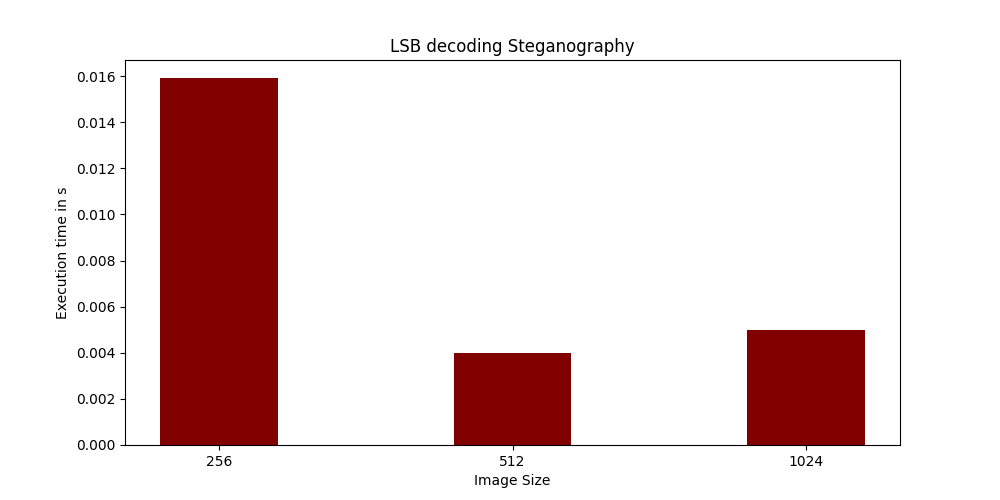
Repository: vishalsinghhh/DNA-cryptography-Project
Script's output: python DNA/Graphs.py
The author's editor kept a copy of each file at every save. The script's output is drawn from the files as they stood at one save, then again after the next save.
Random numbers start from a fixed seed.

Above is the script's output before, as saved 2023-04-11 11:02:52.

After the next save:
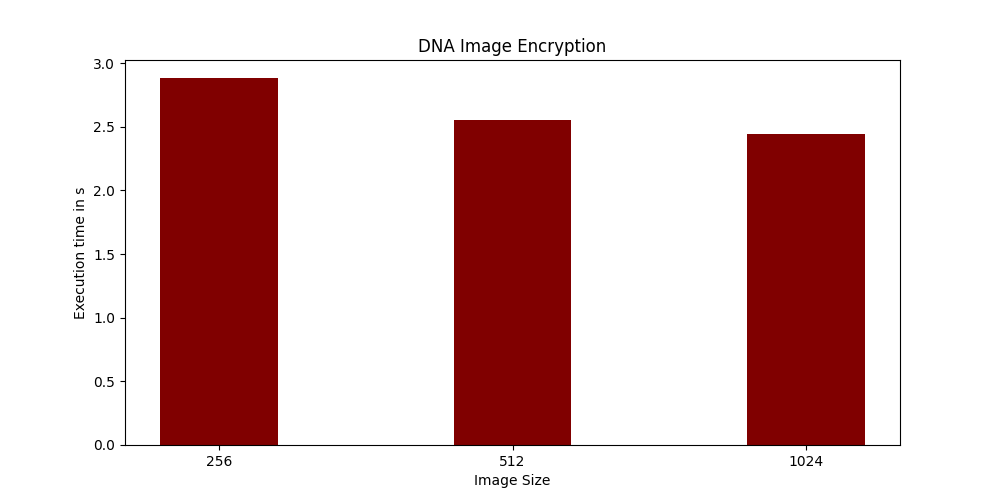
Saved 30 s later.
--- a/DNA/Graphs.py
+++ b/DNA/Graphs.py
@@ -3,7 +3,7 @@ import matplotlib.pyplot as plt
 
 
 # creating the dataset
-data = {'256':0.0159, '512':0.004, '1024':0.005}
+data = {'256':2.88, '512':2.55, '1024':2.44}
 courses = list(data.keys())
 values = list(data.values())
 
@@ -15,5 +15,5 @@ plt.bar(courses, values, color ='maroon',
 
 plt.xlabel("Image Size")
 plt.ylabel("Execution time in s")
-plt.title("LSB decoding Steganography")
+plt.title("DNA Image Encryption")
 plt.show()
